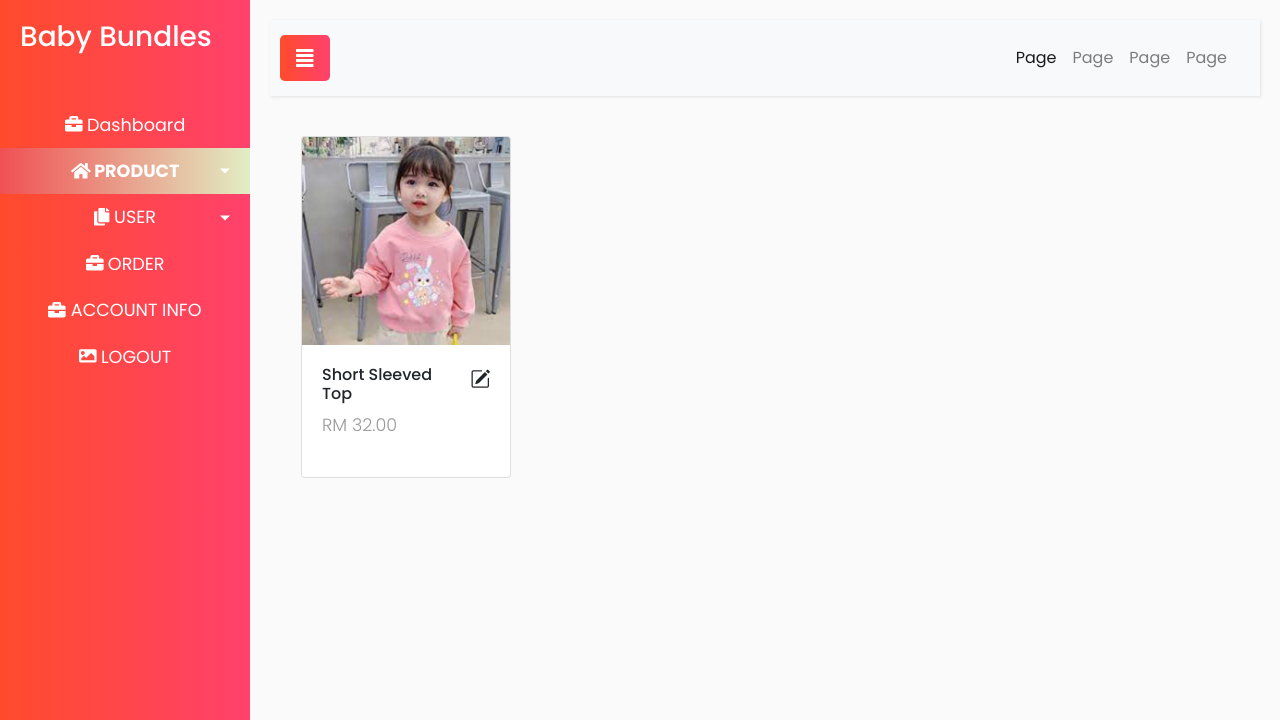
Repository: jiahow99/Baby-Bundles-University
Page: http://localhost/admin.php
These files come from the project's save history. The page is drawn as it stood at one moment and after the next save; the edit follows.
The browser window is 1280 px wide. The pictures show the whole page.
Some web libraries are served in a nearby version. The page is run by PHP 8.4 with error messages shown; the project is at /var/www/html/. Queries for data that is not in the repository find no rows.

Above is the page before, as saved 2022-11-24 17:52:22.

After the next save:
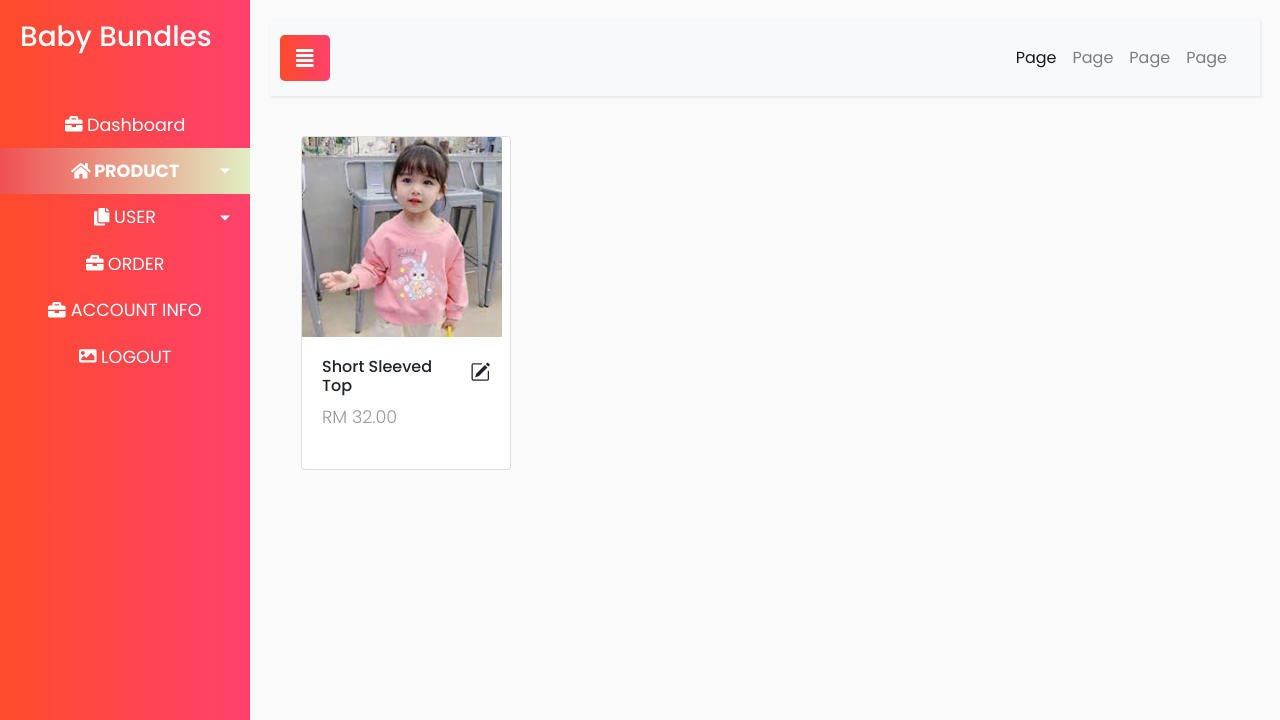
Saved 13 s later.
--- a/admin.php
+++ b/admin.php
@@ -164,7 +164,7 @@
                 <div class="col-3">
                     <!-- Product card -->
                     <a href="#" class="card" >
-                        <img class="card-img-top img-fluid" src="img/top/top01.jpg" >
+                        <img class="card-img-top" src="img/top/top01.jpg" style="width:200px">
                         <div class="card-body">
                             <div class="row">
                                 <!-- Title and Price -->

After the save that followed:
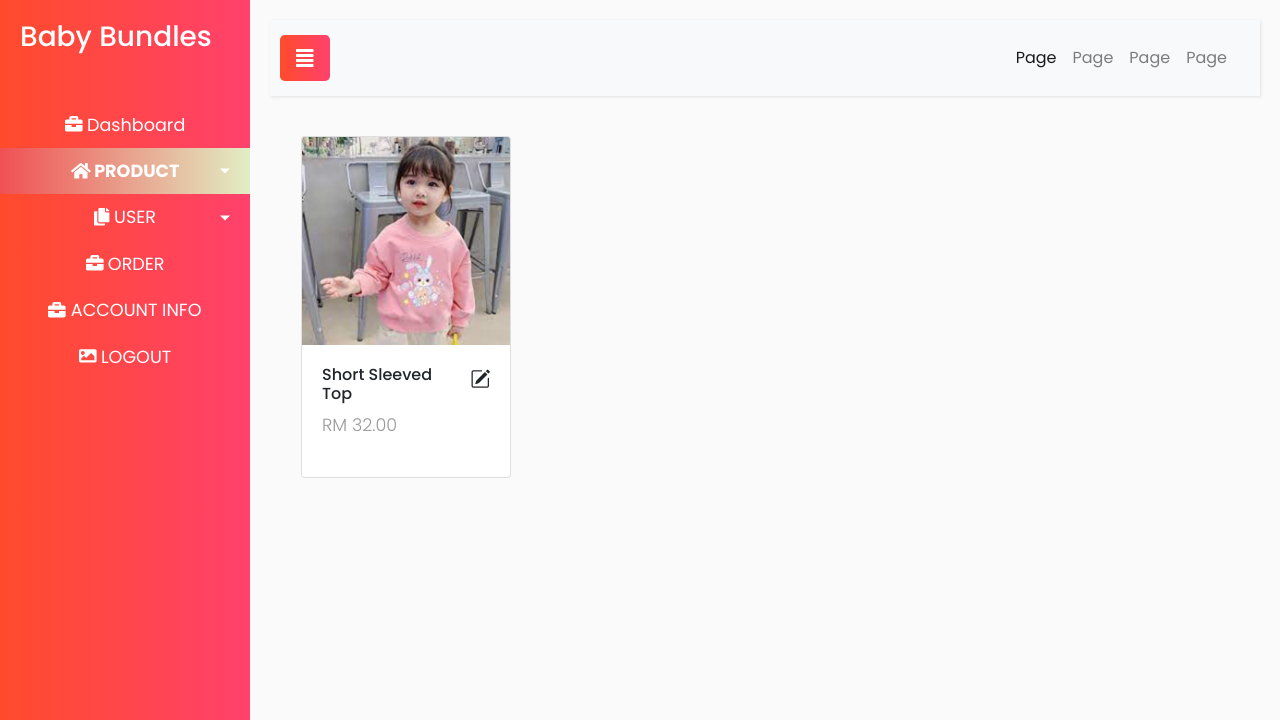
Saved 13 s later.
--- a/admin.php
+++ b/admin.php
@@ -164,7 +164,7 @@
                 <div class="col-3">
                     <!-- Product card -->
                     <a href="#" class="card" >
-                        <img class="card-img-top" src="img/top/top01.jpg" style="width:200px">
+                        <img class="card-img-top" src="img/top/top01.jpg" >
                         <div class="card-body">
                             <div class="row">
                                 <!-- Title and Price -->
